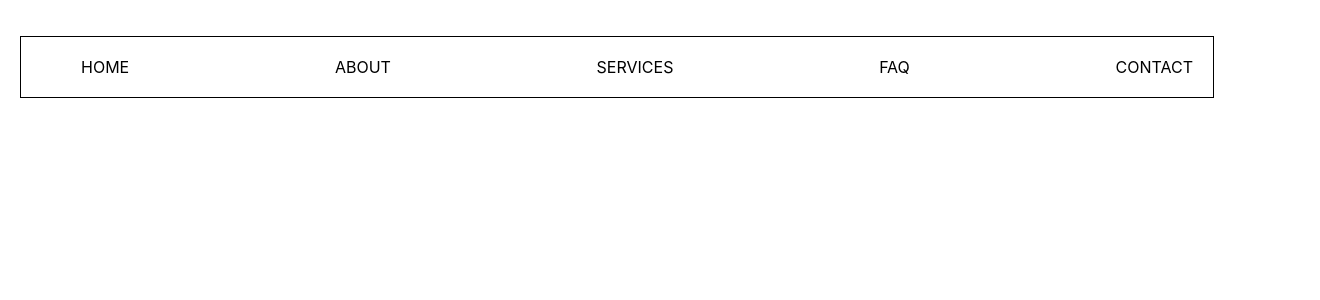
Repository: sriram1224/reactas1.github.io
Page: /
The author's editor kept a copy of each file at every save. The page is drawn from the files as they stood at one save, then again after the next save.
The browser window is 1280 px wide. The page is 1320 px wide, so the pictures cover 1320 px, including what lies to the right of the window. The pictures show the whole page.
The project was rebuilt for these pictures with package versions that can differ from the ones it lists, and the page was loaded fresh each time.

Above is the page before, as saved 2024-03-05 06:48:17.

After the next save:
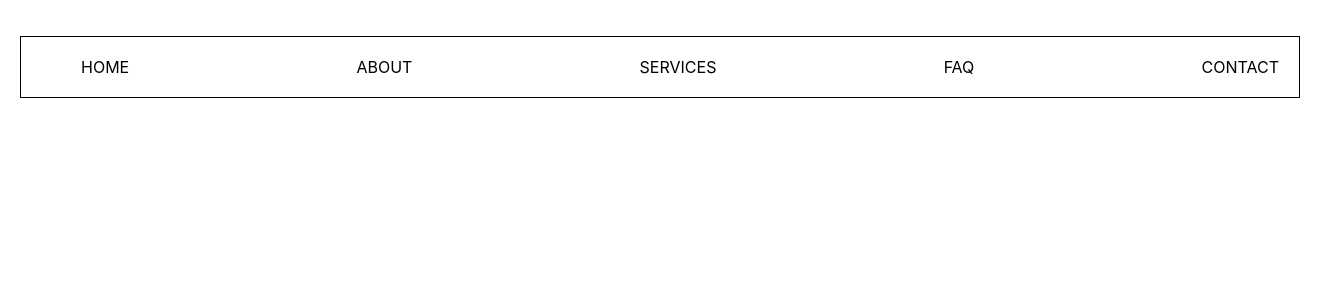
Saved 11 s later.
--- a/src/Components/Nav.css
+++ b/src/Components/Nav.css
@@ -11,7 +11,7 @@
     align-items: center;
     list-style: none;
     gap: 20px;
-    width: 90%;
+    width: 100%;
     border: 1px solid #000;
 }
 .Nav ul li{
